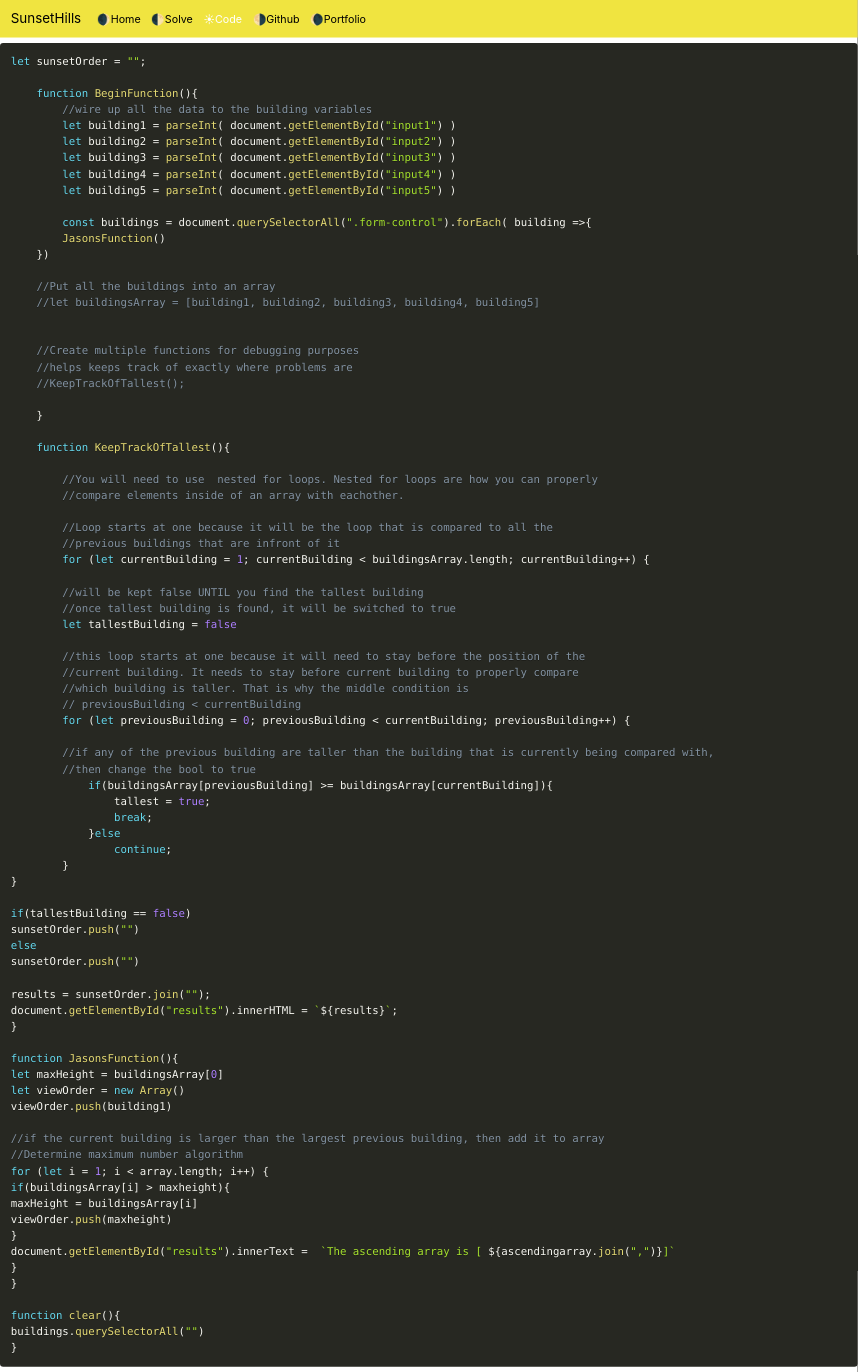
Repository: zhadjah9559/SunsetHills
Page: code.html
The author's editor kept a copy of each file at every save. The page is drawn from the files as they stood at one save, then again after a run of saves.
The browser window is 1280 px wide. The pictures show the whole page, at 67% of full size.

Above is the page before, as saved 2021-01-14 17:21:00.

After the next 4 saves:
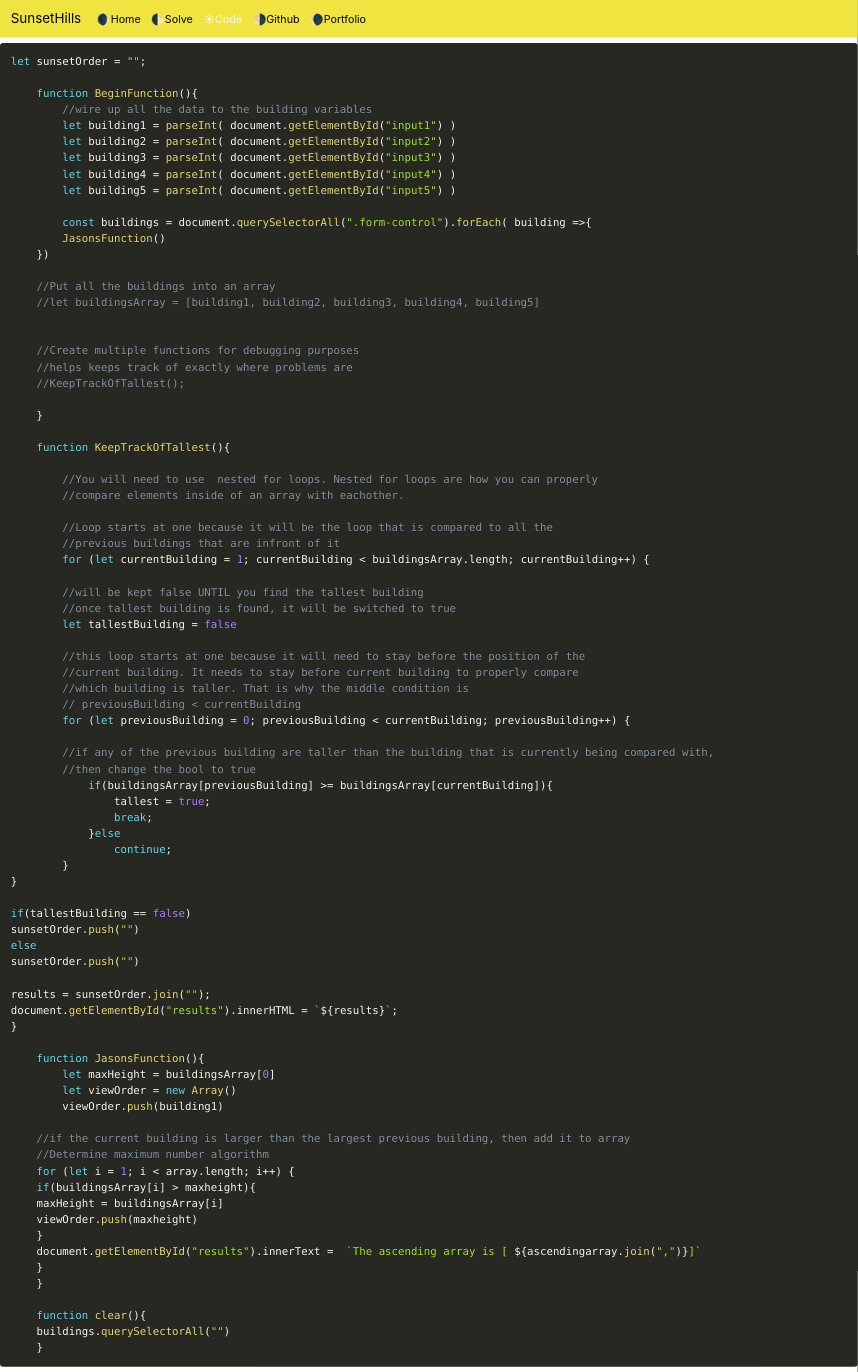
The 4 saves are shown as one change because they came seconds apart.
The last was saved 21 s later.
--- a/code.html
+++ b/code.html
@@ -105,25 +105,25 @@ results = sunsetOrder.join("");
 document.getElementById("results").innerHTML = `${results}`;
 }
 
-function JasonsFunction(){
-let maxHeight = buildingsArray[0]
-let viewOrder = new Array()
-viewOrder.push(building1)
+    function JasonsFunction(){
+        let maxHeight = buildingsArray[0]
+        let viewOrder = new Array()
+        viewOrder.push(building1)
 
-//if the current building is larger than the largest previous building, then add it to array
-//Determine maximum number algorithm
-for (let i = 1; i < array.length; i++) {
-if(buildingsArray[i] > maxheight){
-maxHeight = buildingsArray[i]
-viewOrder.push(maxheight)
-}
-document.getElementById("results").innerText =  `The ascending array is [ ${ascendingarray.join(",")}]`
-}
-}
+    //if the current building is larger than the largest previous building, then add it to array
+    //Determine maximum number algorithm
+    for (let i = 1; i < array.length; i++) {
+    if(buildingsArray[i] > maxheight){
+    maxHeight = buildingsArray[i]
+    viewOrder.push(maxheight)
+    }
+    document.getElementById("results").innerText =  `The ascending array is [ ${ascendingarray.join(",")}]`
+    }
+    }
 
-function clear(){
-buildings.querySelectorAll("")
-}
+    function clear(){
+    buildings.querySelectorAll("")
+    }
         </code>
     </pre>
 
